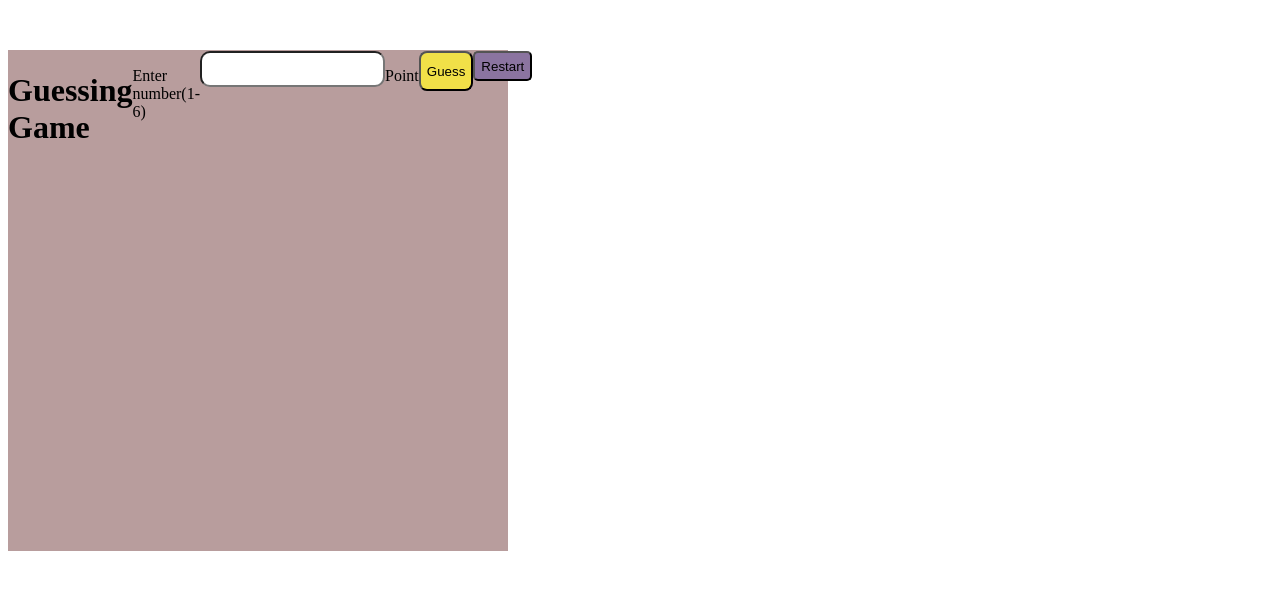
Repository: sedashahnazaryan/Guessing-Game
Page: index.html
An editor plug-in stored every save of this project. The page is shown before and after the next save, followed by the edit.
The browser window is 1280 px wide. The pictures show the whole page.

Above is the page before, as saved 2022-02-23 21:48:10.

After the next save:
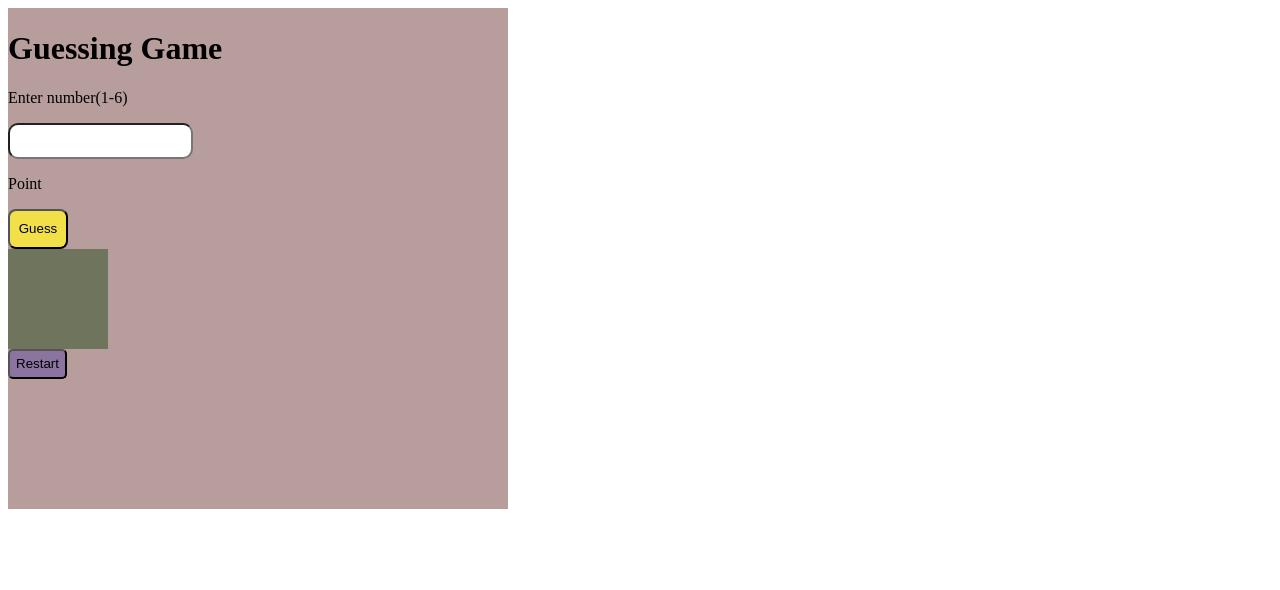
Saved 12 s later.
--- a/index.css
+++ b/index.css
@@ -1,7 +1,6 @@
 .container{
-display:flex;
-margin-top: 50px;
-    background: #b89d9d;
+
+    background-color: #b89d9d;
     height: 500px;
     width: 500px;
     padding-top:1px;
